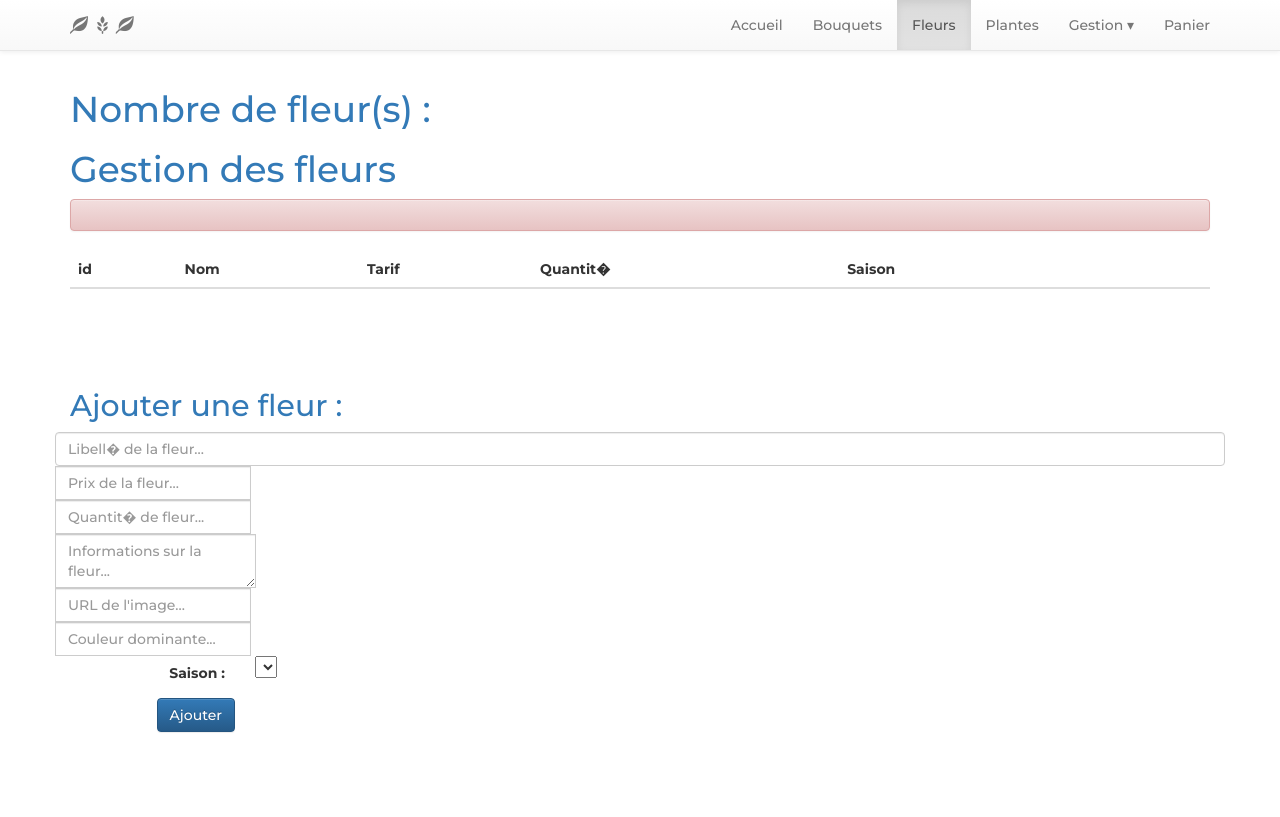
Repository: JeremT8/JavaFleuristeProject
Page: tp-fleuriste/src/main/webapp/bouquet-detail.html
These files come from the project's save history. The page is drawn as it stood at one moment and after the next save; the edit follows.
The browser window is 1280 px wide. The pictures show the whole page.
The page's requests for data from a server got no answer. Some web libraries are served in a nearby version.

Above is the page before, as saved 2022-05-18 08:33:12.

After the next save:
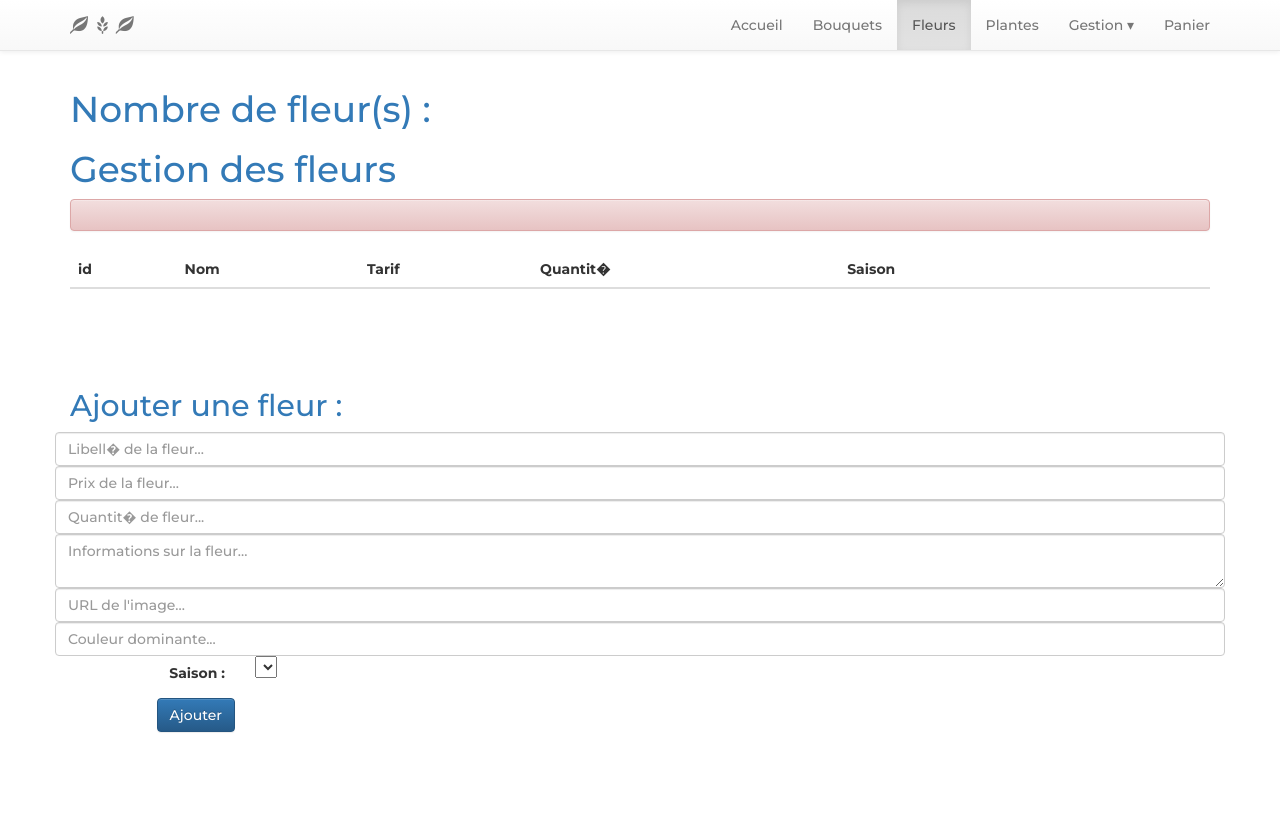
Saved 18 s later.
--- a/tp-fleuriste/src/main/webapp/bouquet-detail.html
+++ b/tp-fleuriste/src/main/webapp/bouquet-detail.html
@@ -104,31 +104,31 @@
 							placeholder="Libell� de la fleur..." aria-label="Username"
 							aria-describedby="basic-addon1">
 					</div>
-					<div class="input-group mb-3">
+					<div class=" mb-3">
 						<input type="number"
 							id="tarifFleur" class="form-control"
 							placeholder="Prix de la fleur..." aria-label="Username"
 							aria-describedby="basic-addon1">
 					</div>
-					<div class="input-group mb-3">
+					<div class=" mb-3">
 						<input
 							type="number" id="quantiteFleur" class="form-control"
 							placeholder="Quantit� de fleur..." aria-label="Username"
 							aria-describedby="basic-addon1">
 					</div>
-					<div class="input-group mb-3">
+					<div class=" mb-3">
 
 						<textarea class="form-control" id="infoFleur"
 							placeholder="Informations sur la fleur..."
 							aria-label="With textarea"></textarea>
 					</div>
-					<div class="input-group mb-3">
+					<div class=" mb-3">
 						<input type="files"
 							id="urlImageFleur" class="form-control"
 							placeholder="URL de l'image..." aria-label="Username"
 							aria-describedby="basic-addon1">
 					</div>
-					<div class="input-group mb-3">
+					<div class=" mb-3">
 						<input
 							type="text" id="couleurFleur" class="form-control"
 							placeholder="Couleur dominante..." aria-label="Username"
